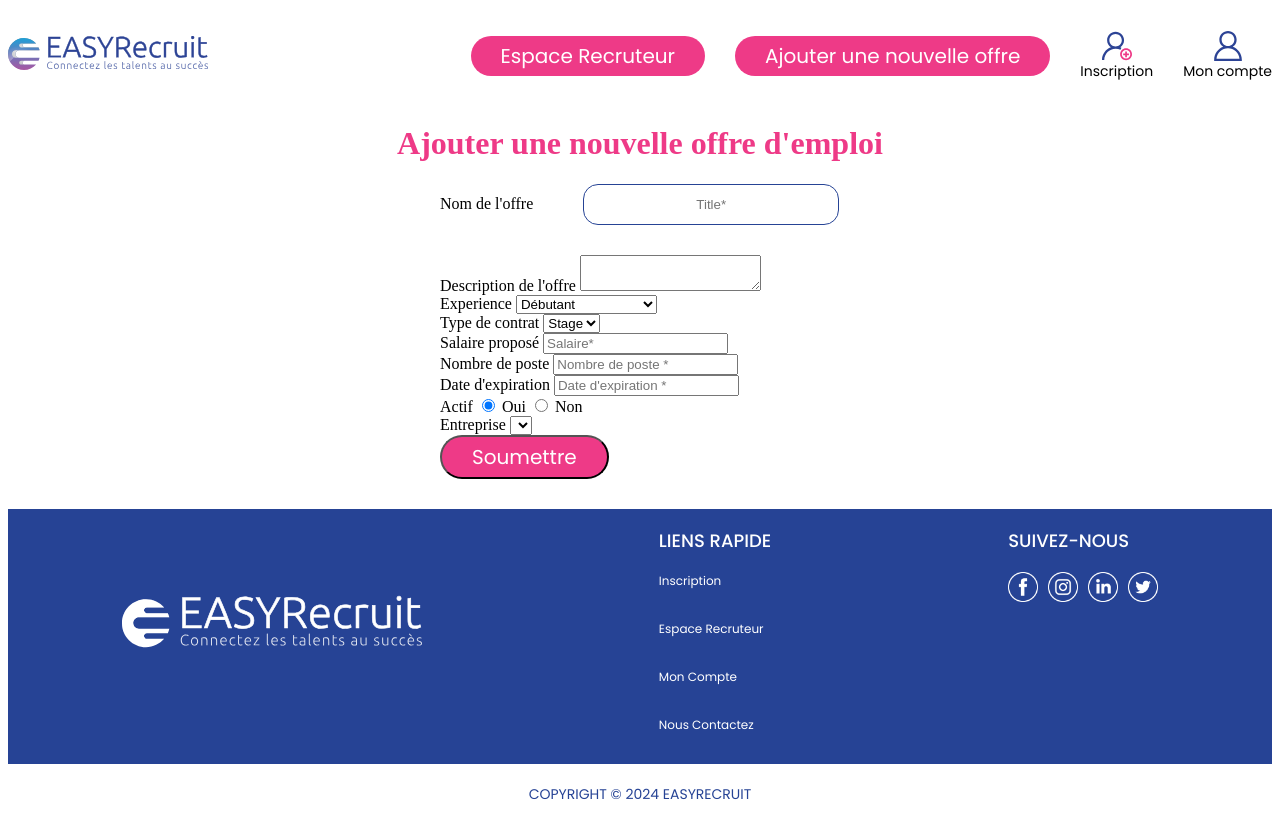
Repository: sophiegafsi/web
Page: http://localhost/admin/index.php?controller=joboffer&action=add
An editor plug-in stored every save of this project. The page is shown before and after a run of saves, followed by the edit.
The browser window is 1280 px wide. The pictures show the whole page.
The page is run by PHP 8.4 with error messages shown; the project is at /var/www/html/. Queries for data that is not in the repository find no rows.

Above is the page before, as saved 2024-05-05 19:32:41.

After the next 7 saves:
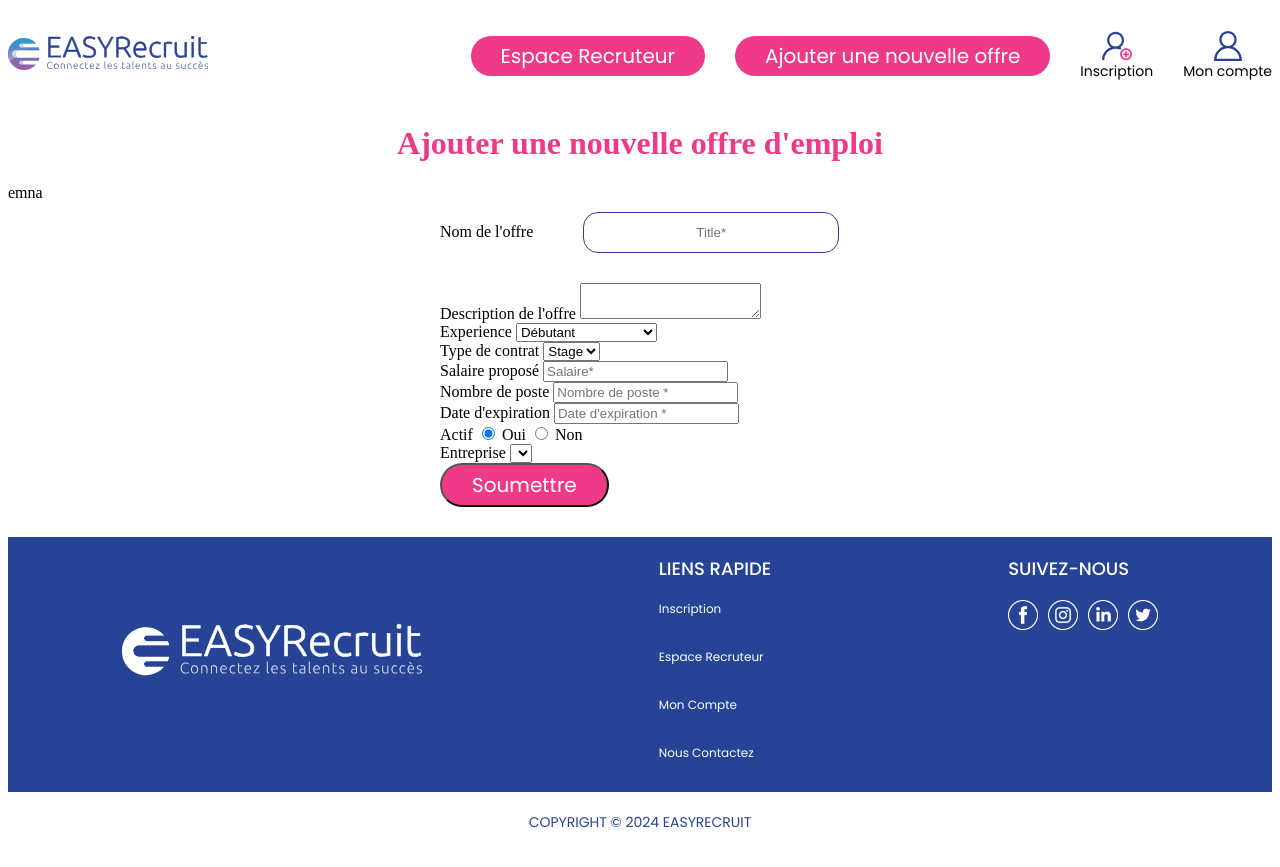
The 7 saves are shown as one change because they came seconds apart.
The last was saved 52 s later.
--- a/view/job_offer/add.php
+++ b/view/job_offer/add.php
@@ -10,6 +10,7 @@
     }
 }
 ?>
+emna
 
     <form action="" method="post" class="joboffer-form">
         <div  class="style-form-input">

After the save that followed:
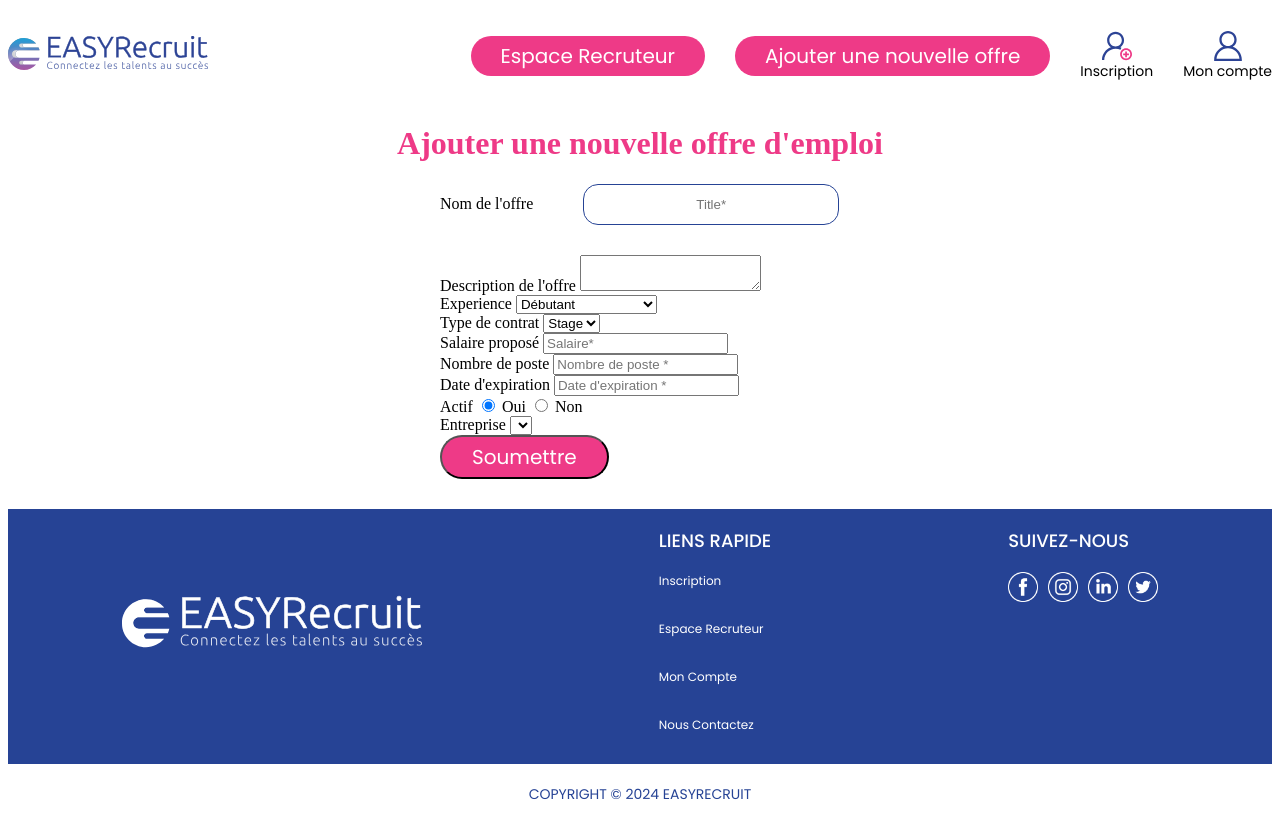
Saved 22 s later.
--- a/view/job_offer/add.php
+++ b/view/job_offer/add.php
@@ -10,7 +10,7 @@
     }
 }
 ?>
-emna
+
 
     <form action="" method="post" class="joboffer-form">
         <div  class="style-form-input">
